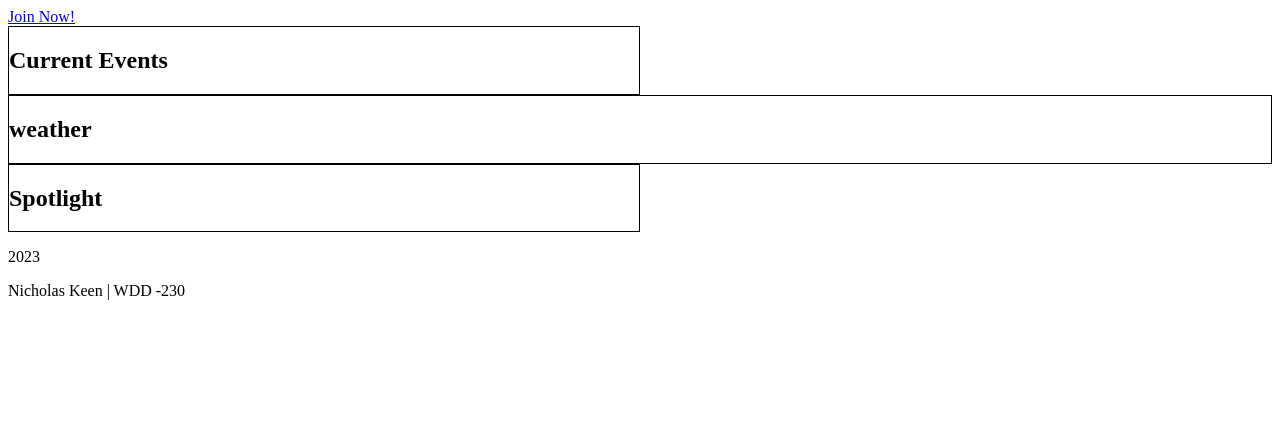
Repository: nak97/WDD230
Page: lesson03/chamber.html
The author's editor kept a copy of each file at every save. The page is drawn from the files as they stood at one save, then again after the next save.
The browser window is 1280 px wide. The pictures show the whole page.
Some web fonts or font styles are not loaded; a fallback is used.

Above is the page before, as saved 2023-10-07 19:47:10.

After the next save:
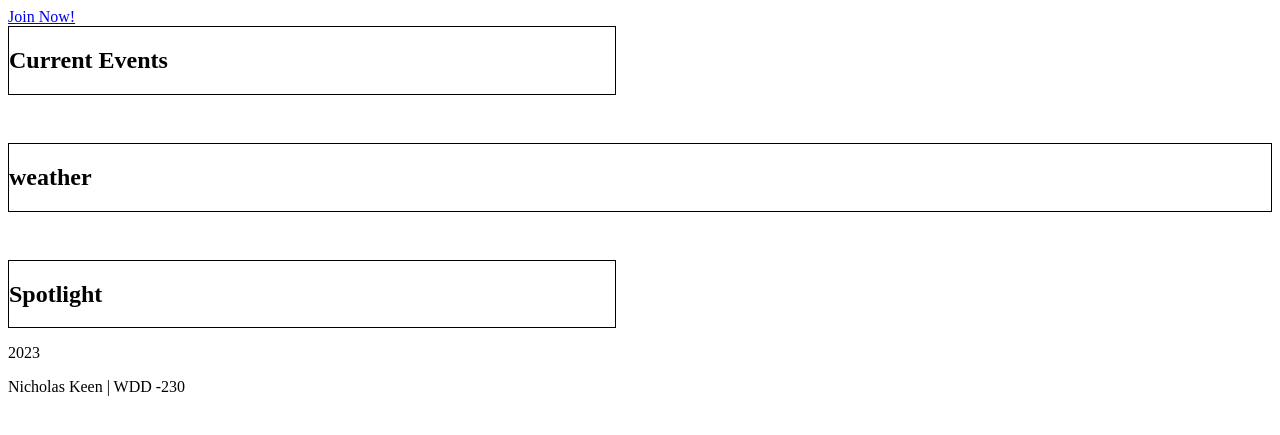
Saved 13 s later.
--- a/lesson03/base.css
+++ b/lesson03/base.css
@@ -7,6 +7,7 @@
 main {
   display: grid;
   grid-template-columns: 1fr 1fr;
+  grid-gap: 3rem;
 }
 section {
   border: 1px solid black;
